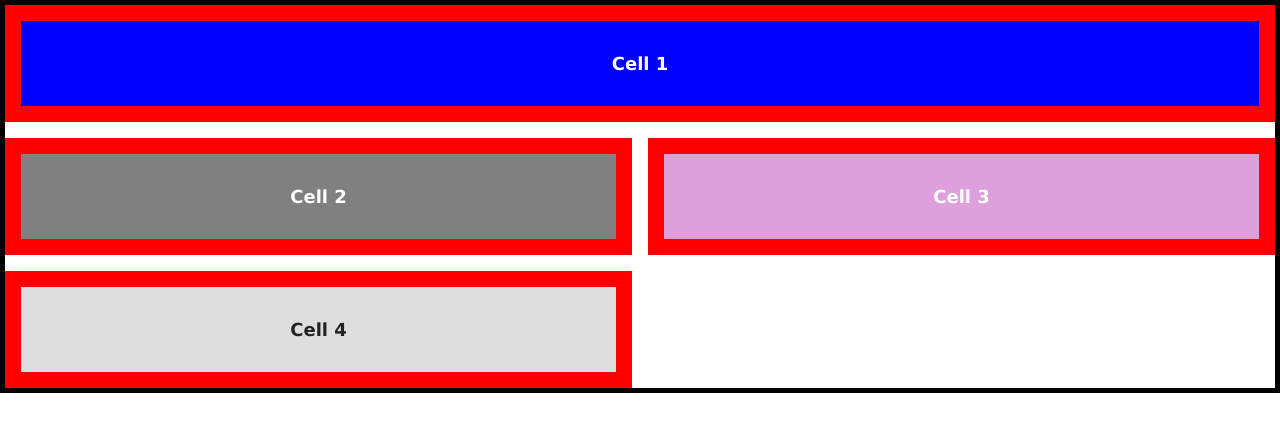
Repository: Ndifoinhilary/css_grid
Page: css-grid-learn/index.html
These files come from the project's save history. The page is drawn as it stood at one moment and after the next save; the edit follows.
The browser window is 1280 px wide. The pictures show the whole page.

Above is the page before, as saved 2024-01-25 02:56:24.

After the next save:
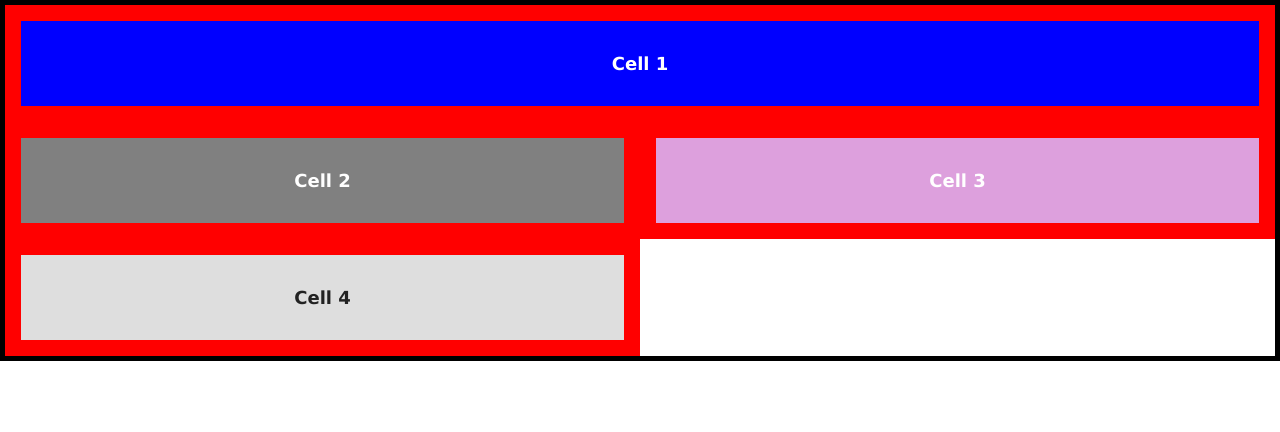
Saved 2 days later.
--- a/css-grid-learn/main.css
+++ b/css-grid-learn/main.css
@@ -27,7 +27,7 @@ body{
     display: grid;
     grid-template-columns:1fr 1fr;
     grid-template-rows: 1fr 2fr;
-    grid-gap: 1rem;
+    justify-content: center;
 }
 
 
